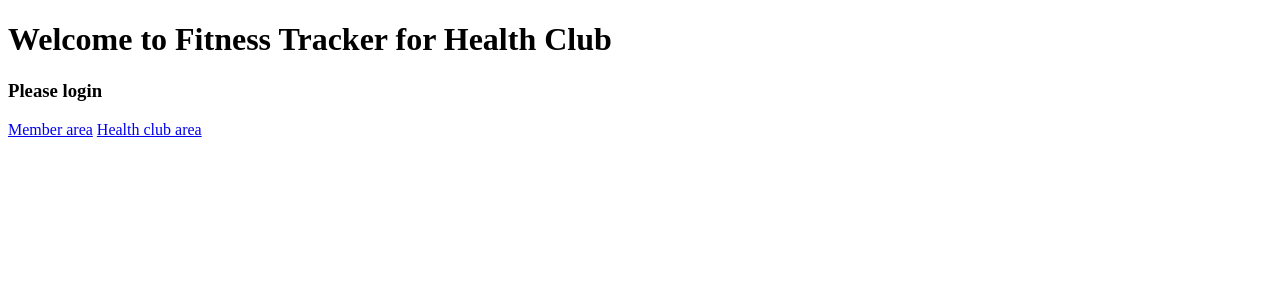
Repository: dmiropol/FitnessMemberTracker
Page: http://localhost/
The author's editor kept a copy of each file at every save. The page is drawn from the files as they stood at one save, then again after the next save.
The browser window is 1280 px wide. The pictures show the whole page.
The page is served by the project's Node server (app.js).

Above is the page before, as saved 2018-11-15 12:10:52.

### views/index.ejs
<!DOCTYPE html>
<html>
  <head>
    <title><%= title %></title>
    <link rel='stylesheet' href='/stylesheets/style.css' />
  </head>
  <body>
    <h1>Welcome to <%= title %></h1>
    <h3>Please login</h3>
    <a href='/member'>Member area</a>
    <a href='/customer'>Health club area</a>
  </body>
</html>

### app.js

/**
 * Module dependencies.
 */

var express = require('express')
  , http = require('http')
  , path = require('path')
  , bodyParser = require('body-parser')
  , storage = require('./storage')
  , fs = require('fs');

var app = express();

// all environments
app.set('port', process.env.PORT || 8080);
app.set('views', __dirname + '/views');
app.set('view engine', 'ejs');
app.use(express.static(path.join(__dirname, 'public')));
app.use(bodyParser.json());
app.use(bodyParser.urlencoded({ extended: true }));

function index(req, res){
	res.render('index', {title: 'Fitness Tracker for Health Club'});
	//res.redirect('import');
}

function member(req, res){
	res.render('member');
}

async function dataRecord(req, res){
	var fileName = req.params.record + '.json';
	var jsonObj = JSON.parse(req.body.JSONbody);
	var lines = '';

	for (var i in jsonObj){
		lines += JSON.stringify(jsonObj[i]) + '\n';
	}
	console.log('Got ' + req.method + ' request to store ' + fileName +
				' content into ' + lines.length + ' lines');
	fs.writeFile(fileName, lines, 'utf8', function (err) {
	    if (err)  return console.log(err);
	    console.log(fileName + ' locally added and will be uploaded to storage.')
	});
	await storage.uploadFile(fileName);
	fs.unlink(fileName, function (err) {
	    if (err)  return console.log(err);
	    console.log(fileName + ' locally deleted.')
	});
	res.render('dataRecord', {gcsfile: storage.getPrivateUrl(fileName)});
}

function customer(req, res){
	res.render('customer', {title: 'Health Club'});
}

async function records(req, res){
	var files = await storage.listFiles();
	var recordsList = [];
	for (var i in files) {
		var record = {};
		record.name = files[i].metadata.name;
		record.bucket = files[i].metadata.bucket;
		record.size = files[i].metadata.size;
		recordsList.push(record);
	};
	res.render('records', {records: recordsList});
}

async function recordsDelete(req, res){
	var files = await storage.listFiles();
	var recordsList = [];
	for (var i in files) {
		var record = {};
		record.name = files[i].metadata.name;
		record.bucket = files[i].metadata.bucket;
		record.size = files[i].metadata.size;
		recordsList.push(record);
	};
	res.render('recordsdelete', {records: recordsList});
}

async function deleteFile(req, res, next){

	await storage.deleteFile(req.params.fileName);
	next();
}

app.get('/', index);
app.get('/member', member);
app.get('/customer', customer);
app.post('/dataRecord/:record', dataRecord);
app.get('/records/delete', recordsDelete);
app.get('/records', records);
app.get('/delete/:fileName', deleteFile, records);



http.createServer(app).listen(app.get('port'), function(){
  console.log('Express server listening on port ' + app.get('port'));
});

### storage.js
/**
 * Copyright 2017, Google, Inc.
 * Licensed under the Apache License, Version 2.0 (the "License");
 * you may not use this file except in compliance with the License.
 * You may obtain a copy of the License at
 *
 *    http://www.apache.org/licenses/LICENSE-2.0
 *
 * Unless required by applicable law or agreed to in writing, software
 * distributed under the License is distributed on an "AS IS" BASIS,
 * WITHOUT WARRANTIES OR CONDITIONS OF ANY KIND, either express or implied.
 * See the License for the specific language governing permissions and
 * limitations under the License.
 */

/**
 * This application demonstrates how to perform basic operations on files with
 * the Google Cloud Storage API.
 *
 * For more information, see the README.md under /storage and the documentation
 * at https://cloud.google.com/storage/docs.
 */

'use strict';


const {Storage} = require('@google-cloud/storage');
const storage = new Storage({ projectId: 'iot2analytics-2018' });
const bucketName = 'member_fitness_tracker_storage';

async function uploadFile(filename) {
	await storage.bucket(bucketName).upload(filename, {
		contentType: 'application/json'
	});
console.log(`${filename} uploaded to ${bucketName}.`);

}

function getPrivateUrl(filename) {
	  return `https://storage.googleapis.com/${bucketName}/${filename}`;
}

async function listFiles() {
	const [files] = await storage.bucket(bucketName).getFiles();

	  console.log('Files:');
	  files.forEach(file => {
	    console.log(file.name);
	    //console.log(file.metadata);
	  });

	  return files;
	}

async function downloadFile(srcFilename, destFilename) {

  const options = {
    // The path to which the file should be downloaded, e.g. "./file.txt"
    destination: destFilename,
  };

  // Downloads the file
  await storage
    .bucket(bucketName)
    .file(srcFilename)
    .download(options);

  console.log(
    `gs://${bucketName}/${srcFilename} downloaded to ${destFilename}.`
  );
  // [END storage_download_file]
}

async function deleteFile(filename) {
  // Deletes the file from the bucket
  await storage
    .bucket(bucketName)
    .file(filename)
    .delete();

  console.log(`gs://${bucketName}/${filename} deleted.`);
  // [END storage_delete_file]
}

async function getMetadata(filename) {
  // Gets the metadata for the file
  const [metadata] = await storage
    .bucket(bucketName)
    .file(filename)
    .getMetadata();

  console.log(`File: ${metadata.name}`);
  console.log(`Bucket: ${metadata.bucket}`);
  console.log(`Storage class: ${metadata.storageClass}`);
  console.log(`Self link: ${metadata.selfLink}`);
  console.log(`ID: ${metadata.id}`);
  console.log(`Size: ${metadata.size}`);
  console.log(`Updated: ${metadata.updated}`);
  console.log(`Generation: ${metadata.generation}`);
  console.log(`Metageneration: ${metadata.metageneration}`);
  console.log(`Etag: ${metadata.etag}`);
  console.log(`Owner: ${metadata.owner}`);
  console.log(`Component count: ${metadata.component_count}`);
  console.log(`Crc32c: ${metadata.crc32c}`);
  console.log(`md5Hash: ${metadata.md5Hash}`);
  console.log(`Cache-control: ${metadata.cacheControl}`);
  console.log(`Content-type: ${metadata.contentType}`);
  console.log(`Content-disposition: ${metadata.contentDisposition}`);
  console.log(`Content-encoding: ${metadata.contentEncoding}`);
  console.log(`Content-language: ${metadata.contentLanguage}`);
  console.log(`Media link: ${metadata.mediaLink}`);
  console.log(`KMS Key Name: ${metadata.kmsKeyName}`);
  console.log(`Temporary Hold: ${metadata.temporaryHold}`);
  console.log(`Event-based hold: ${metadata.eventBasedHold}`);
  console.log(`Effective Expiration Time: ${metadata.effectiveExpirationTime}`);
  console.log(`Metadata: ${metadata.metadata}`);
  // [END storage_get_metadata]
}



module.exports = {
	uploadFile,
	getPrivateUrl,
	listFiles,
	getMetadata,
	deleteFile,
};

### public/stylesheets/style.css
ul {
    list-style-type: none;
    margin: 0;
    padding: 0;
    overflow: hidden;
    background-color: #606060;
}

li {
    float: left;
}

li a, .dropbtn {
    display: inline-block;
    color: white;
    text-align: center;
    padding: 14px 16px;
    text-decoration: none;
}

li a:hover, .dropdown:hover .dropbtn {
    background-color: #005392;
}

li.dropdown {
    display: inline-block;
}

.dropdown-content {
    display: none;
    position: absolute;
    background-color: #f9f9f9;
    min-width: 160px;
    box-shadow: 0px 8px 16px 0px rgba(0,0,0,0.2);
    z-index: 1;
}

.dropdown-content a {
    color: black;
    padding: 12px 16px;
    text-decoration: none;
    display: block;
    text-align: left;
}

.dropdown-content a:hover {background-color: #f1f1f1}

.dropdown:hover .dropdown-content {
    display: block;
}

.footer {
    position: fixed;
    left: 8px;
    bottom: 8px;
    width: 99%;
    background-color: #606060;
    color: white;
    text-align: left;
}

.footer p{
    text-decoration: underline;
    left: 10px;
}

textarea {
    border: 1 grey;
    overflow: hidden;
    padding: 0;
    outline: none;
    overflow-y:scroll;
    overflow-x:scroll;
    font-family:"Courier";
    font-size: 12px;
}

input {
	font-size: 14px;
    padding: 2px;
/*   float: left; */
}

.button {
    background-color: #555555;
    border: none;
    color: white;
    padding: 15px 32px;
    text-align: center;
    text-decoration: none;
    display: inline-block;
    font-size: 16px;
}

.listKeys {
	padding-left: 2em;
}

select  {
	font-size: 14px;
}

After the next save:
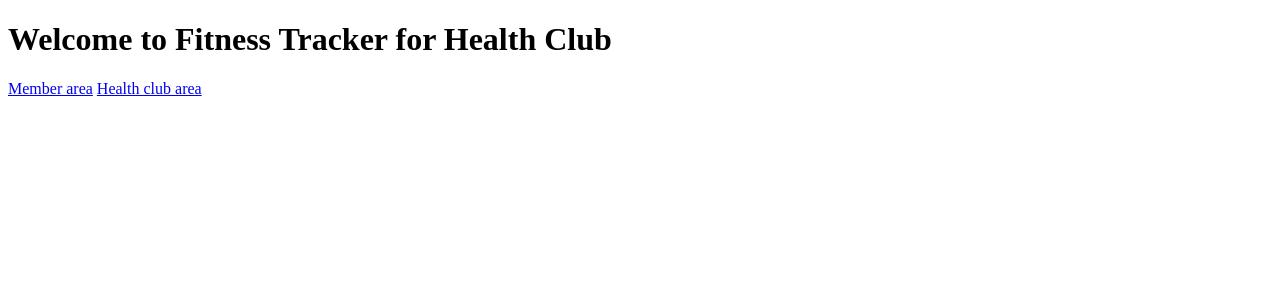
Saved 2 min 12 s later.
--- a/views/index.ejs
+++ b/views/index.ejs
@@ -6,8 +6,8 @@
   </head>
   <body>
     <h1>Welcome to <%= title %></h1>
-    <h3>Please login</h3>
+
     <a href='/member'>Member area</a>
-    <a href='/customer'>Health club area</a>
+    <a href='/club'>Health club area</a>
   </body>
 </html>
